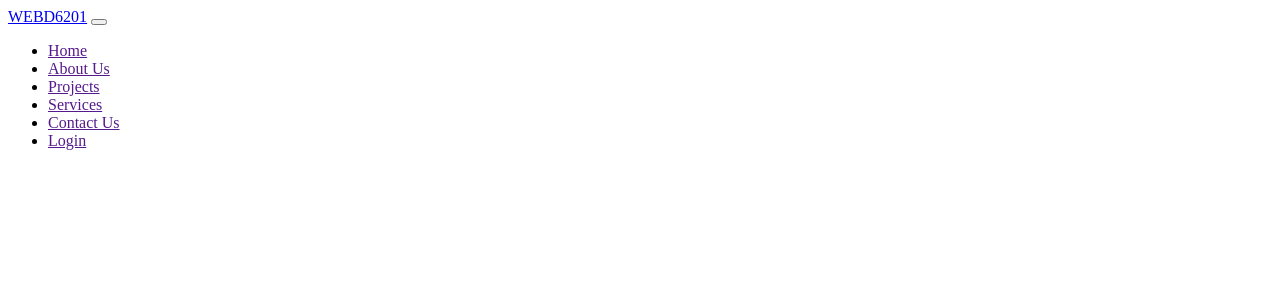
Repository: AshokSasi/WEBD6201-ASasitharan-ICE6
Page: Views/components/header.html
An editor plug-in stored every save of this project. The page is shown before and after the next save, followed by the edit.
The browser window is 1280 px wide. The pictures show the whole page.

Above is the page before, as saved 2021-03-03 09:28:21.

After the next save:
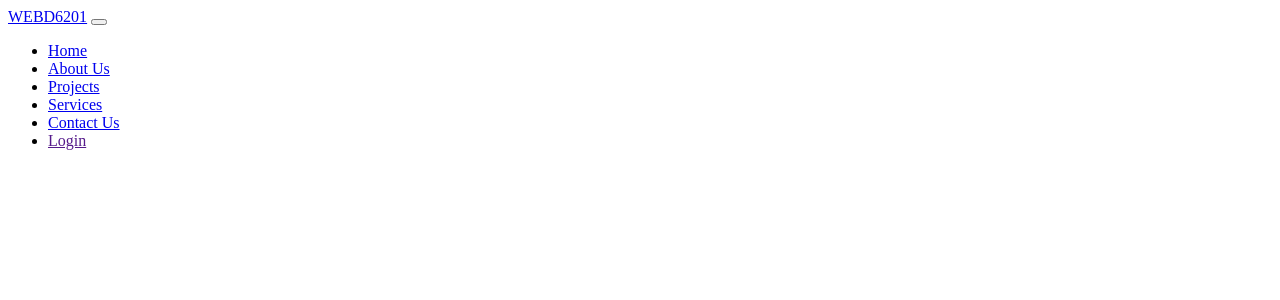
Saved 22 s later.
--- a/Views/components/header.html
+++ b/Views/components/header.html
@@ -11,23 +11,23 @@
               <div class="collapse navbar-collapse" id="navbarSupportedContent">
                 <ul class="navbar-nav me-auto mb-2 mb-lg-0">
                   <li class="nav-item">
-                    <a id="home" class="nav-link" aria-current="page" href=""><i class="fas fa-home fa-lg"></i> Home</a>
+                    <a id="home" class="nav-link" aria-current="page" href="#"><i class="fas fa-home fa-lg"></i> Home</a>
                   </li>
 
                   <li class="nav-item">
-                    <a  id="about" class="nav-link" aria-current="page" href=""><i class="fas fa-info fa-lg"></i> About Us</a>
+                    <a  id="about" class="nav-link" aria-current="page" href="#"><i class="fas fa-info fa-lg"></i> About Us</a>
                   </li>
 
                   <li class="nav-item">
-                    <a id="projects" class="nav-link" aria-current="page" href=""><i class="fas fa-cog fa-lg"></i> Projects</a>
+                    <a id="projects" class="nav-link" aria-current="page" href="#"><i class="fas fa-cog fa-lg"></i> Projects</a>
                   </li>
 
                   <li class="nav-item">
-                    <a id="services" class="nav-link" aria-current="page" href=""><i class="fas fa-map fa-lg"></i> Services</a>
+                    <a id="services" class="nav-link" aria-current="page" href="#"><i class="fas fa-map fa-lg"></i> Services</a>
                   </li>
 
                   <li class="nav-item">
-                    <a id="contact" class="nav-link" aria-current="page" href=""><i class="fas fa-phone fa-lg"></i> Contact Us</a>
+                    <a id="contact" class="nav-link" aria-current="page" href="#"><i class="fas fa-phone fa-lg"></i> Contact Us</a>
                   </li>
 
                   <li class="nav-item">
